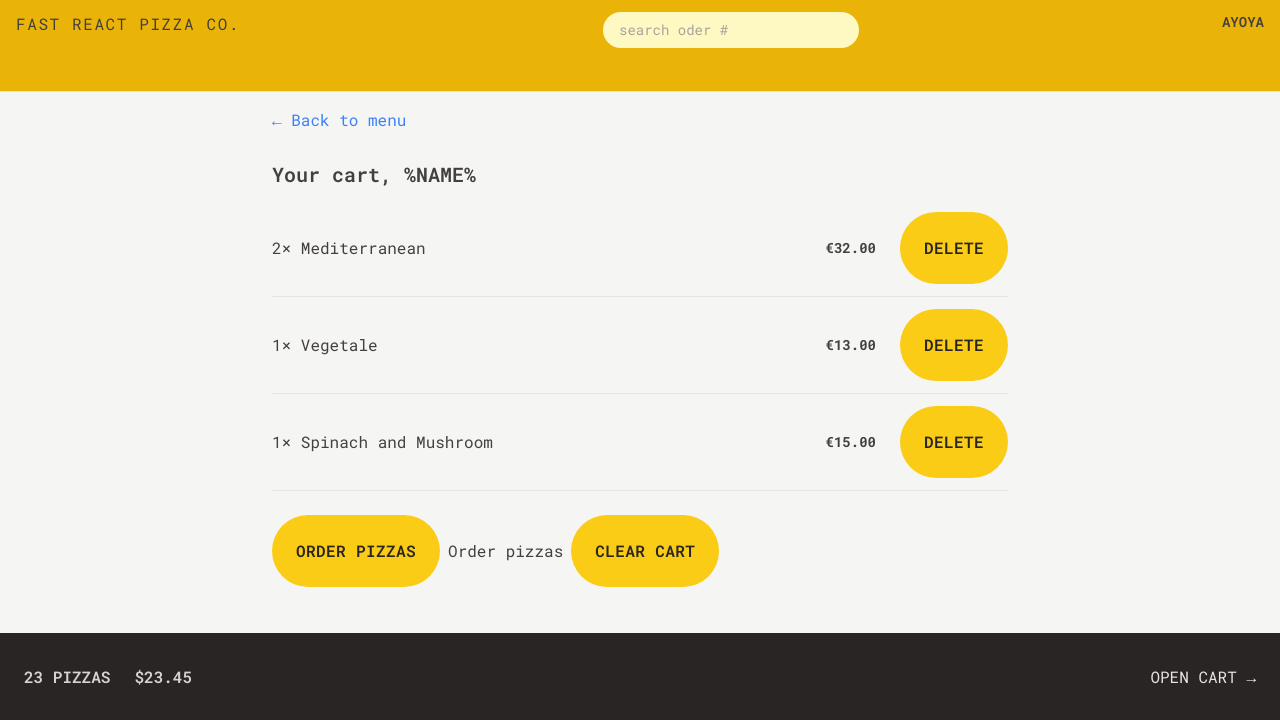
Repository: ayakhaled0001/pizza-delivery
Page: /cart
The author's editor kept a copy of each file at every save. The page is drawn from the files as they stood at one save, then again after the next save.
The browser window is 1280 px wide. The pictures show the whole page.
The project was rebuilt for these pictures with package versions that can differ from the ones it lists, and the page was loaded fresh each time. Also part of the build but not shown: vite.config.js, src/features/user/CreateUser.jsx, src/ui/Home.jsx, src/services/apiRestaurant.jsx, src/features/menu/MenuItem.jsx, src/features/menu/Menu.jsx, src/features/order/Order.jsx, src/ui/Loader.jsx and 1 more. Imported but missing from the stored project, and not drawn on this page: src/features/order/CreateOrder.

Above is the page before, as saved 2025-05-01 15:30:57.

After the next save:
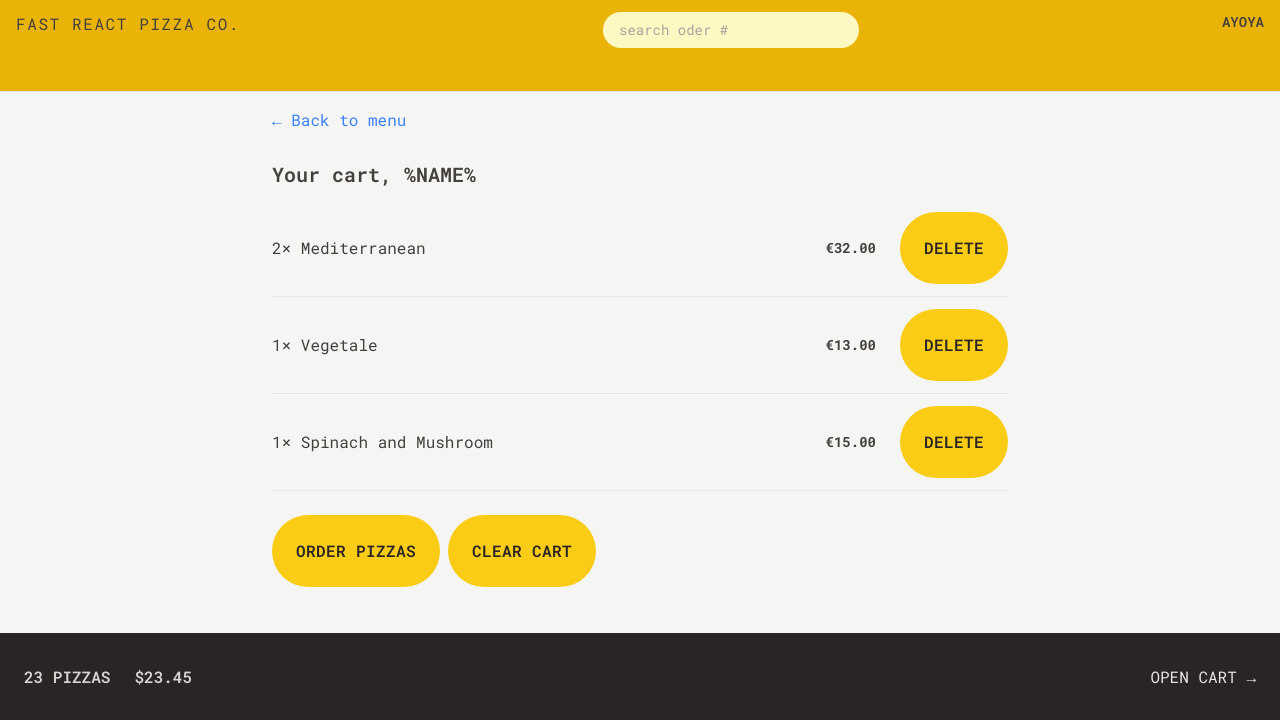
Saved 17 s later.
--- a/src/features/cart/Cart.jsx
+++ b/src/features/cart/Cart.jsx
@@ -42,7 +42,7 @@ function Cart() {
       </ul>
       <div className="mt-6 space-x-2">
         <Button to="/order/new">Order pizzas</Button>
-        <Link>Order pizzas</Link>
+        {/* <Link>Order pizzas</Link> */}
         <Button>Clear cart</Button>
       </div>
     </div>
